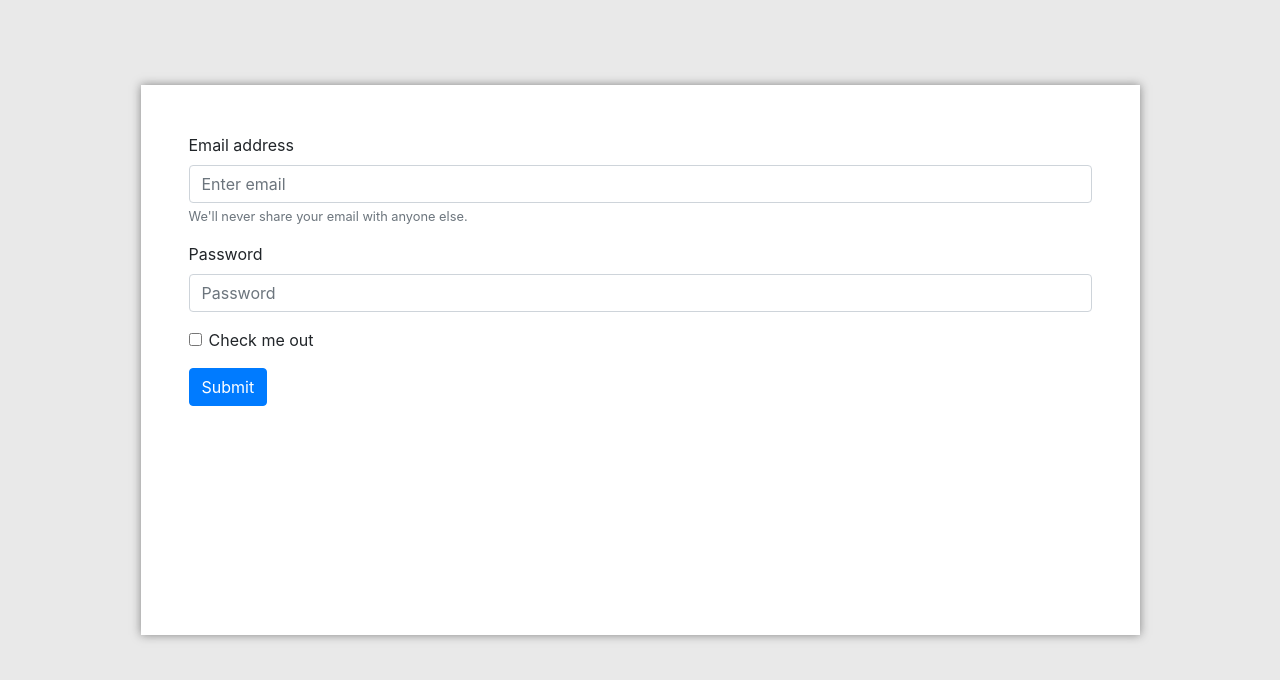
Repository: tts2610/itviec-clone
Page: /login
These files come from the project's save history. The page is drawn as it stood at one moment and after the next save; the edit follows.
The browser window is 1280 px wide. The pictures show the whole page.
Some web libraries are served in a nearby version. The project was rebuilt for these pictures with package versions that can differ from the ones it lists, and the page was loaded fresh each time. Also part of the build but not shown: src/pages/Jobs.js, src/pages/Detail.js, src/pages/404.js.

Above is the page before, as saved 2020-06-10 11:24:32.

After the next save:
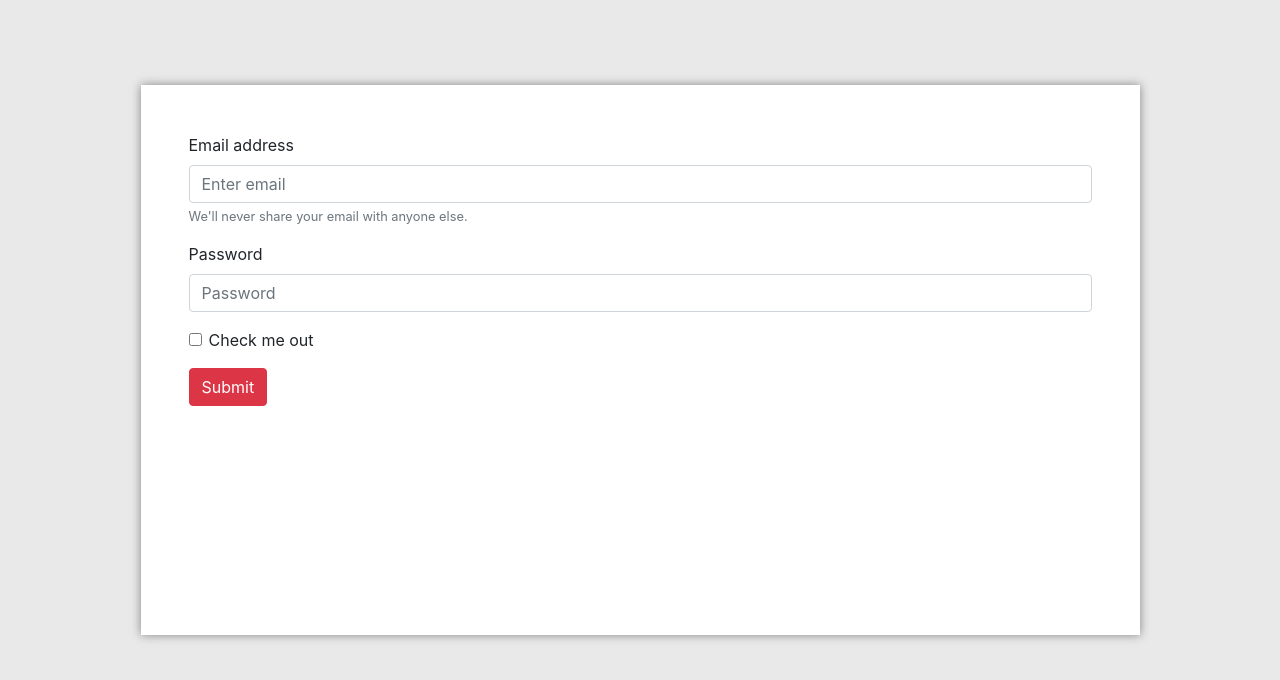
Saved 14 s later.
--- a/src/pages/Login.js
+++ b/src/pages/Login.js
@@ -50,7 +50,7 @@ export default function Login() {
             <Form.Group controlId="formBasicCheckbox">
               <Form.Check type="checkbox" label="Check me out" />
             </Form.Group>
-            <Button variant="primary" type="submit">
+            <Button variant="danger" type="submit">
               Submit
             </Button>
           </Form>
